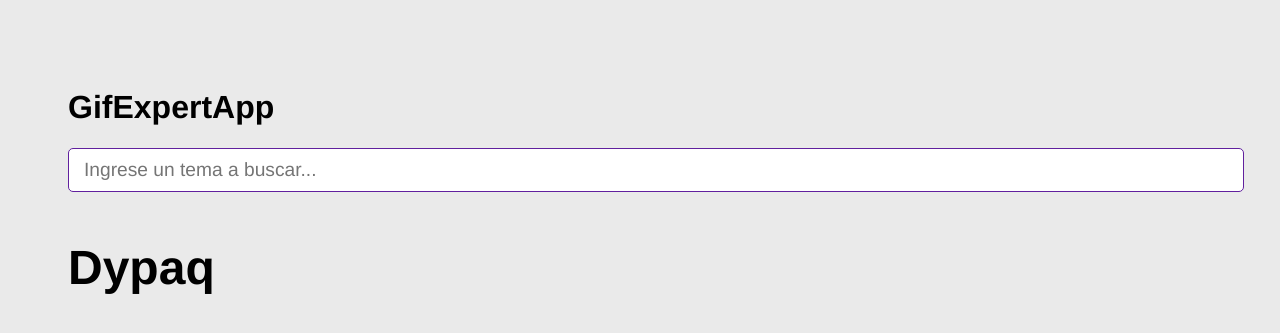
Repository: AlanColliDev/CursoReact
Page: /
These files come from the project's save history. The page is drawn as it stood at one moment and after the next save; the edit follows.
The browser window is 1280 px wide. The pictures show the whole page.
The page's requests for data from a server got no answer. The project was rebuilt for these pictures with package versions that can differ from the ones it lists, and the page was loaded fresh each time. No one was signed in, and anything a server would have sent is missing. Also part of the build but not shown: vite.config.js, src/components/GifItem.jsx.

Above is the page before, as saved 2022-07-28 22:41:43.

### src/GifExpertApp.jsx
import { AddCategory } from './components/AddCategory';
import { GifGrid } from './components/GifGrid';
import { useState } from 'react';
/**Se le pone el JSX porque no es unicamente un archivo JS, ya que en su interior contendrá un functional component */
// import React from 'react' --despues de la v17 de react ya no es necesario estarlo importando en cada file
export const GifExpertApp = () => {

   const [categories, setCategories] = useState([ 'Dypaq' ])

   const OnAddCategory = (category) => {
      if( categories.includes(category) ) return;
      setCategories( [category, ...categories] );
   }
   // aJ16I10gt55ey1OiM8UpKKHQbomn51i3

   return (
   <>
      <h1>GifExpertApp</h1>

      <AddCategory HandleAddCategory = { OnAddCategory } />

         {
            categories.map( ( category ) => (
               <GifGrid
                  key={category}
                  category = {category}
               />
            ))
         }

   </>
  )
}

### src/components/AddCategory.jsx
import { useState } from 'react';


export const AddCategory = ({ HandleAddCategory }) => {

    const [category, setCategory] = useState('');

    const OnChangeCategory = (e) => {
        setCategory(e.target.value);
    }
    // evento que se ejecuta al dar enter en el boton
    const OnSubmitForm = (event) => {
        event.preventDefault();
        if(category.length <= 1) return;
        // HandleAddCategory([category]);//este era la forma en que yo lo hice, pero esto genera que se sobreescriba todo el arreglo
    /**La manera correcta es hacer un callback del Setter, para obtener el estado actual y asignar el valor nuevo */
        // HandleAddCategory((categories) => [category, ...categories]); ya no se usa porque ahora es de la otra manera
        HandleAddCategory(category.trim());
        setCategory('');
    }

    return (
        <form onSubmit={(event) => OnSubmitForm(event) }>
            <input
                type = "text"
                placeholder = "Ingrese un tema a buscar..."
                value = { category }
                onChange = { OnChangeCategory }
            />
        </form>
    )
}

### src/components/GifGrid.jsx
import { useEffect, useState} from 'react';
import { GifItem } from './GifItem';
import { useFetchGifs } from '../hooks/useFetchGifs';
// nunca se debe de llamar expliscitamante a una funcion en un functional component, porque se reprocesa
export const GifGrid = ({ category }) => {

    const {images, isLoading} = useFetchGifs( category );
    console.log({images, isLoading});
    // const [images, setImages] = useState([]);
    // La tarea de fernando fue obtener los gifs de cada elemento
    // const getImages = async () => {
    //     const listImages = await getGifs( category );
        //     setImages( listImages );
    // };

    // Enviar las llaves vacias quiere decir que el useEffect solo se ejecutara la primera vez, ya
    // que la primera vez cumple porque esta vacio, luego se llena y ya no se vuelve a ejecutar
    // useEffect( () => {
    //     getImages(category);
    // }, [] );
    // Si uso AWAIT, la funcion debe ser async

    // en el map de images NOTA QUE NO SE USAN LLAVES
    // PARA AHACER UN RETUR EXPLISCITO SSE USA EL PARENTESIS
    return (
        <>
            <h3>{ category }</h3>

            <div className='card-grid'>
                {
                    images.map((image) => (
                        <GifItem
                            key= { image.id }
                            // image = { image }
                            // title = {image.title}
                            // url = {image.url}
                            {...image } //buena practica usando el operador spreed
                        />
                    ))
                }
            </div>
        </>
    )
}

### src/hooks/useFetchGifs.js
// Un hook no es mas que una funcion, un fucntional component es cuando el callback regresa un elemento jsx
import { getGifs } from '../helpers/getGifs';
export const useFetchGifs = () => {
    return {
        images : [],
        isLoading : false
    }
}

### src/helpers/getGifs.js
export const getGifs = async (category) => {
    const uri = `https://api.giphy.com/v1/gifs/search?api_key=aJ16I10gt55ey1OiM8UpKKHQbomn51i3&q=${ category }&limit=5`;
    const response = await fetch( uri );
    const { data } = await response.json();

    const gifs = data.map(gif => ({
        id: gif.id,
        title: gif.title,
        url: gif.images.downsized_medium.url
    }));
    return gifs;
};

Loaded but not shown: index.html (common file); src/main.jsx (common file); src/styles.css (common file)

After the next save:
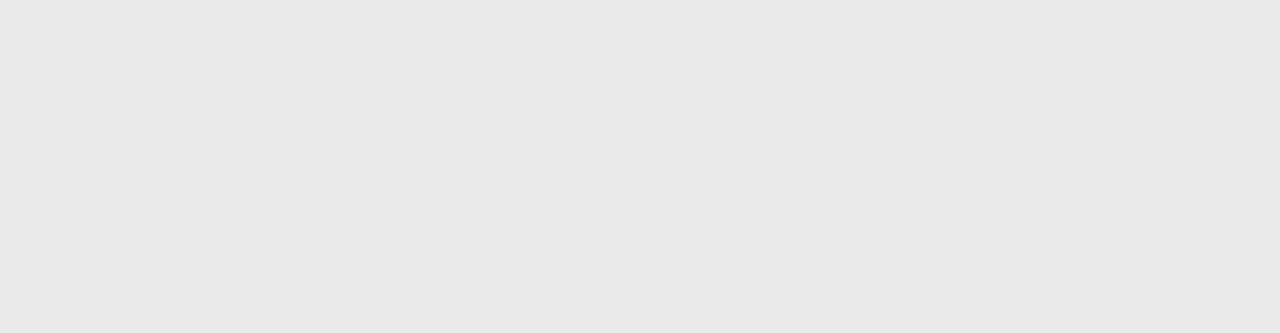
Console error: ReferenceError: useEffect is not defined
Saved 93 s later.
--- a/src/hooks/useFetchGifs.js
+++ b/src/hooks/useFetchGifs.js
@@ -1,6 +1,20 @@
 // Un hook no es mas que una funcion, un fucntional component es cuando el callback regresa un elemento jsx
+import { useState } from 'react';
 import { getGifs } from '../helpers/getGifs';
 export const useFetchGifs = () => {
+    const [images, setImages] = useState([]);
+    // La tarea de fernando fue obtener los gifs de cada elemento
+    const getImages = async () => {
+        const listImages = await getGifs( category );
+            setImages( listImages );
+    };
+
+    // Enviar las llaves vacias quiere decir que el useEffect solo se ejecutara la primera vez, ya
+    // que la primera vez cumple porque esta vacio, luego se llena y ya no se vuelve a ejecutar
+    useEffect( () => {
+        getImages(category);
+    }, [] );
+    // Si uso AWAIT, la funcion debe ser async
     return {
         images : [],
         isLoading : false

After the 2 saves that followed:
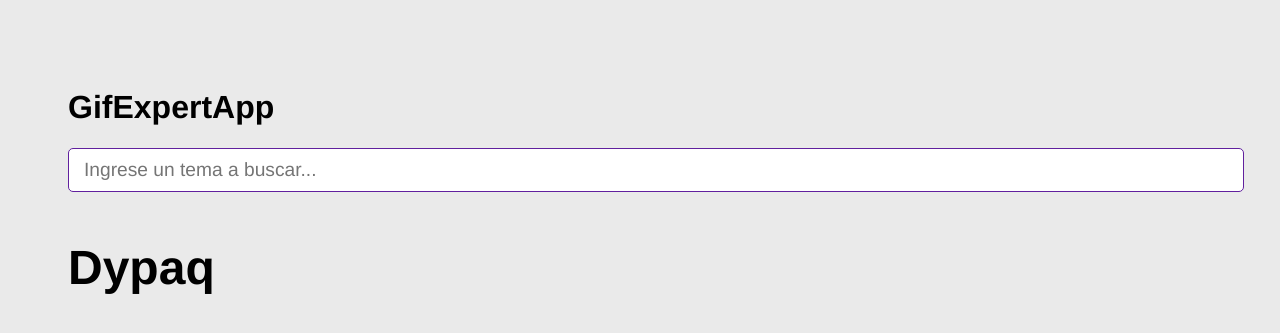
The error is gone.
The 2 saves are shown as one change because 1 left the picture as it was.
The last was saved 42 s later.
--- a/src/hooks/useFetchGifs.js
+++ b/src/hooks/useFetchGifs.js
@@ -1,7 +1,7 @@
 // Un hook no es mas que una funcion, un fucntional component es cuando el callback regresa un elemento jsx
-import { useState } from 'react';
+import { useEffect, useState } from 'react';
 import { getGifs } from '../helpers/getGifs';
-export const useFetchGifs = () => {
+export const useFetchGifs = ( category ) => {
     const [images, setImages] = useState([]);
     // La tarea de fernando fue obtener los gifs de cada elemento
     const getImages = async () => {
